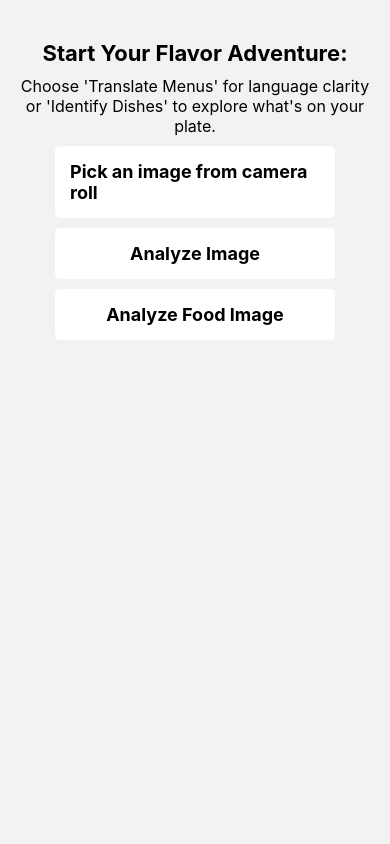
Repository: djdjdallas/taste-without-borders
Screen: /Home
The author's editor kept a copy of each file at every save. The screen is drawn from the files as they stood at one save, then again after a run of saves.
The app was drawn by React Native's web renderer in a window 390 px wide. The project was rebuilt for these pictures with package versions that can differ from the ones it lists, and the page was loaded fresh each time.

Above is the screen before, as saved 2023-12-26 20:09:48.

### App.js
import React from "react";
import { NavigationContainer } from "@react-navigation/native";
import { createNativeStackNavigator } from "@react-navigation/native-stack";
import HomeScreen from "./HomeScreen"; // Make sure the path is correct
import StartScreen from "./StartScreen";

const Stack = createNativeStackNavigator();

const App = () => {
  return (
    <NavigationContainer>
      <Stack.Navigator>
        <Stack.Screen name="Start" component={StartScreen} />
        <Stack.Screen name="Home" component={HomeScreen} />
        {/* You can add more screens to your navigator here */}
      </Stack.Navigator>
    </NavigationContainer>
  );
};

export default App;

### HomeScreen.js
import React, { useLayoutEffect, useState } from "react";
import {
  StyleSheet,
  View,
  Button,
  Image,
  Alert,
  Text,
  TouchableOpacity,
} from "react-native";
import * as ImagePicker from "expo-image-picker";
import { useNavigation } from "@react-navigation/native";

const HomeScreen = () => {
  const navigation = useNavigation();
  const [selectedImage, setSelectedImage] = useState(null);
  const [responseText, setResponseText] = useState("");

  const pickImage = async () => {
    const { status } = await ImagePicker.requestMediaLibraryPermissionsAsync();
    if (status !== "granted") {
      Alert.alert(
        "Permissions required",
        "Sorry, we need camera roll permissions to make this work!"
      );
      return;
    }

    let result = await ImagePicker.launchImageLibraryAsync({
      mediaTypes: ImagePicker.MediaTypeOptions.Images,
      allowsEditing: true,
      aspect: [4, 3],
      quality: 1,
      base64: true,
    });

    if (!result.canceled && result.assets && result.assets[0].base64) {
      setSelectedImage(result.assets[0].base64);
    }
  };

  const handleResponse = (responseText) => {
    const dishes = responseText.split("\n");
    const formattedResponse = dishes.join("\n\n");
    setResponseText(formattedResponse);
  };

  const analyzeImage = async () => {
    if (selectedImage) {
      const apiKey = "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"; // Replace with your actual API key
      const endpoint = "https://api.openai.com/v1/chat/completions"; // Replace with your actual API endpoint

      const payload = {
        model: "gpt-4-vision-preview", // Replace with your model name
        messages: [
          {
            role: "user",
            content: [
              {
                type: "text",
                text: "Analyze this image and translate it into English?",
              },
              {
                type: "image_url",
                image_url: {
                  url: `data:[embedded picture, 41 characters]
                },
              },
            ],
          },
        ],
        max_tokens: 300,
      };

      try {
        const response = await fetch(endpoint, {
          method: "POST",
          headers: {
            "Content-Type": "application/json",
            Authorization: `Bearer ${apiKey}`,
          },
          body: JSON.stringify(payload),
        });

        if (!response.ok) {
          throw new Error(`HTTP error! status: ${response.status}`);
        }

        const data = await response.json();
        if (data.choices && data.choices[0]) {
          handleResponse(data.choices[0].message.content);
        } else {
          setResponseText("Unexpected response structure");
        }
      } catch (error) {
        setResponseText(`Error: ${error.message}`);
      }
    } else {
      setResponseText("No image selected");
    }
  };

  const analyzeFoodImage = async () => {
    if (selectedImage) {
      const apiKey = "YOUR_API_KEY"; // Replace with your actual API key
      const endpoint = "YOUR_API_ENDPOINT"; // Replace with your actual API endpoint

      const payload = {
        model: "YOUR_MODEL_NAME", // Replace with your model name
        messages: [
          {
            role: "user",
            content: [
              {
                type: "text",
                text: "Analyze this food image and describe it with humor.",
              },
              {
                type: "image_url",
                image_url: {
                  url: `data:[embedded picture, 41 characters]
                },
              },
            ],
          },
        ],
        max_tokens: 300,
      };

      try {
        const response = await fetch(endpoint, {
          method: "POST",
          headers: {
            "Content-Type": "application/json",
            Authorization: `Bearer ${apiKey}`,
          },
          body: JSON.stringify(payload),
        });

        if (!response.ok) {
          throw new Error(`HTTP error! status: ${response.status}`);
        }

        const data = await response.json();
        if (data.choices && data.choices[0]) {
          handleResponse(data.choices[0].message.content);
        } else {
          setResponseText("Unexpected response structure");
        }
      } catch (error) {
        setResponseText(`Error: ${error.message}`);
      }
    } else {
      setResponseText("No image selected");
    }
  };
  useLayoutEffect(() => {
    navigation.setOptions({
      headerShown: false,
    });
  }, []);

  return (
    <View style={styles.container}>
      <View style={styles.textContainer}>
        <Text style={styles.titleText}>Start Your Flavor Adventure:</Text>
        <Text style={styles.descriptionText}>
          Choose 'Translate Menus' for language clarity or 'Identify Dishes' to
          explore what's on your plate.
        </Text>
      </View>

      <TouchableOpacity style={styles.button} onPress={pickImage}>
        <Text style={styles.buttonText}>Pick an image from camera roll</Text>
      </TouchableOpacity>

      {selectedImage && (
        <Image
          source={{ uri: `data:[embedded picture, 40 characters] }}
          style={styles.image}
        />
      )}

      <TouchableOpacity style={styles.button} onPress={analyzeImage}>
        <Text style={styles.buttonText}>Analyze Image</Text>
      </TouchableOpacity>

      <TouchableOpacity style={styles.button} onPress={analyzeFoodImage}>
        <Text style={styles.buttonText}>Analyze Food Image</Text>
      </TouchableOpacity>

      {responseText ? (
        <Text style={styles.responseText}>{responseText}</Text>
      ) : null}
    </View>
  );
};

const styles = StyleSheet.create({
  container: {
    flex: 1,
    justifyContent: "flex-start",
    alignItems: "center",
    padding: 20,
    backgroundColor: "#F2F2F2",
  },
  textContainer: {
    alignItems: "left",
    marginTop: 20,
  },
  titleText: {
    fontSize: 22,
    fontWeight: "bold",
    textAlign: "center",
  },
  descriptionText: {
    fontSize: 16,
    textAlign: "center",
    marginVertical: 10,
  },
  button: {
    backgroundColor: "#FFFFFF",
    padding: 15,
    borderRadius: 5,
    marginBottom: 10,
    width: "80%", // Assuming you want to set the width to 80% of the screen width
    alignItems: "center",
  },
  buttonText: {
    fontSize: 18,
    color: "#000000",
    fontWeight: "bold",
  },
  image: {
    width: 200,
    height: 200,
    margin: 10,
  },
  responseText: {
    marginTop: 20,
    padding: 10,
    borderWidth: 1,
    borderColor: "#ddd",
    borderRadius: 5,
  },
});

export default HomeScreen;

### StartScreen.js
import {
  View,
  Text,
  Image,
  TouchableOpacity,
  ImageBackground,
  StyleSheet,
} from "react-native";
import React, { useLayoutEffect } from "react";
import { useNavigation } from "@react-navigation/native";

const image = { uri: "https://i.ibb.co/RQYb1f7/i-Phone-11-Pro-Max-1.png" };
const hero = { uri: "https://i.ibb.co/zQtzrR4/hero-2.png" };

const StartScreen = () => {
  const navigation = useNavigation();

  useLayoutEffect(() => {
    navigation.setOptions({
      headerShown: false,
    });
  }, []);
  return (
    <View style={styles.container}>
      <ImageBackground source={hero} resizeMode="cover" style={styles.image}>
        <TouchableOpacity
          style={styles.button}
          onPress={() => {
            navigation.navigate("Home");
            /* Handle the press event */
          }}
        >
          <Text style={styles.text}>Get Started</Text>
        </TouchableOpacity>
      </ImageBackground>
    </View>
  );
};

const styles = StyleSheet.create({
  container: {
    flex: 1,
  },
  image: {
    flex: 1,
    justifyContent: "flex-end", // Aligns children to the bottom
    alignItems: "center", // Centers children horizontally
  },
  text: {
    color: "#FA4A0C", // Given text color
    fontSize: 16, // Adjusted for typical button text
    fontWeight: "bold",
  },
  button: {
    width: 314, // Width as per your requirement
    height: 70, // Height as per your requirement
    justifyContent: "center", // Center the text vertically
    alignItems: "center", // Center the text horizontally
    backgroundColor: "white", // Button background color
    marginBottom: 80, // Distance from the bottom
    borderRadius: 50, // Distance from the bottom
  },
});

export default StartScreen;

After the next 2 saves:
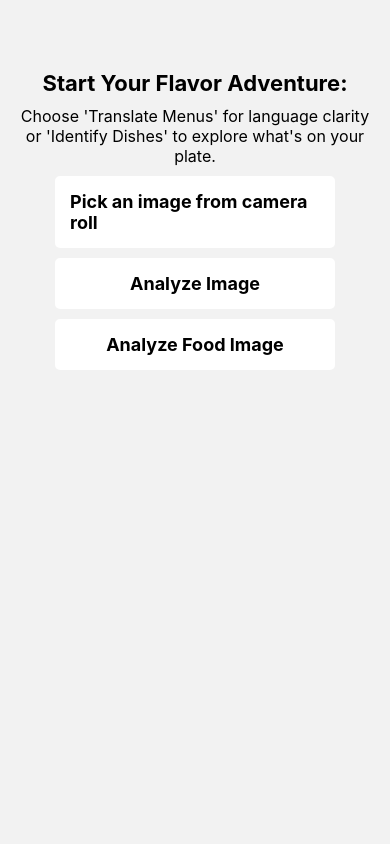
The 2 saves are shown as one change because they came seconds apart.
The last was saved 8 s later.
--- a/HomeScreen.js
+++ b/HomeScreen.js
@@ -206,7 +206,7 @@ const styles = StyleSheet.create({
   },
   textContainer: {
     alignItems: "left",
-    marginTop: 20,
+    marginTop: 50,
   },
   titleText: {
     fontSize: 22,
